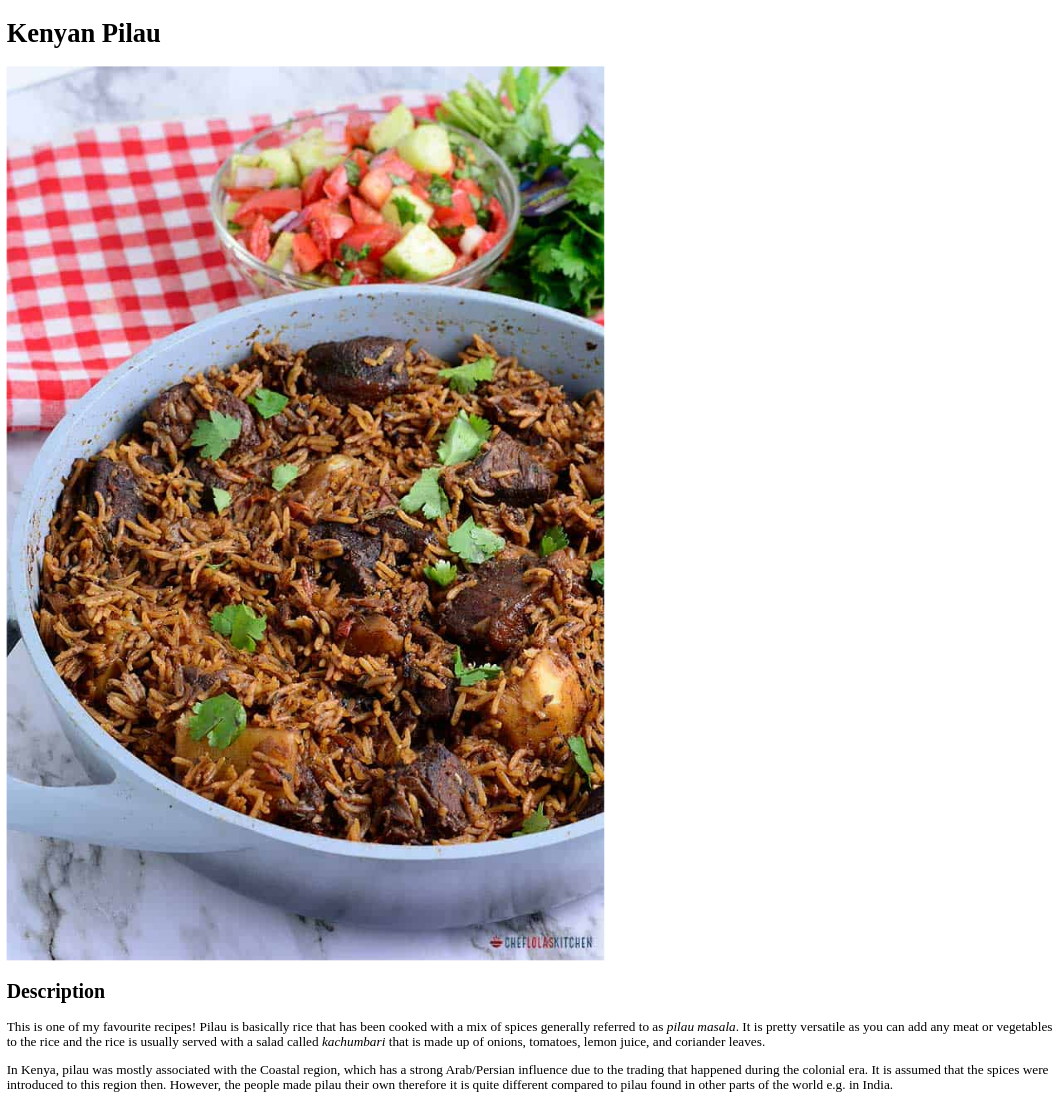
Repository: IanaAmke/odin-recipes
Page: recipes/pilau.html
An editor plug-in stored every save of this project. The page is shown before and after the next save, followed by the edit.
The browser window is 1280 px wide. The pictures show the whole page, at 83% of full size.

Above is the page before, as saved 2022-06-05 18:27:56.

### recipes/pilau.html
<!DOCTYPE html>
<html lang="en-GB">

<head>
    <meta charset="UTF-8">
    <title>Pilau Recipe</title>
</head>

<body>
    <h1>Kenyan Pilau</h1>
    <img src="./img/pilau.jpg" alt="beef pilau rice with potatoes">
    <h2>Description</h2>
    <p>This is one of my favourite recipes! Pilau is basically rice that has been cooked with a mix of spices generally referred to as <i>pilau masala</i>. It is pretty versatile as you can add any meat or vegetables to the rice and the rice is usually served
        with a salad called <i>kachumbari</i> that is made up of onions, tomatoes, lemon juice, and coriander leaves.</p>

    <p>In Kenya, pilau was mostly associated with the Coastal region, which has a strong Arab/Persian influence due to the trading that happened during the colonial era. It is assumed that the spices were introduced to this region then. However, the people
        made pilau their own therefore it is quite different compared to pilau found in other parts of the world e.g. in India.</p>
</body>

</html>

After the next save:
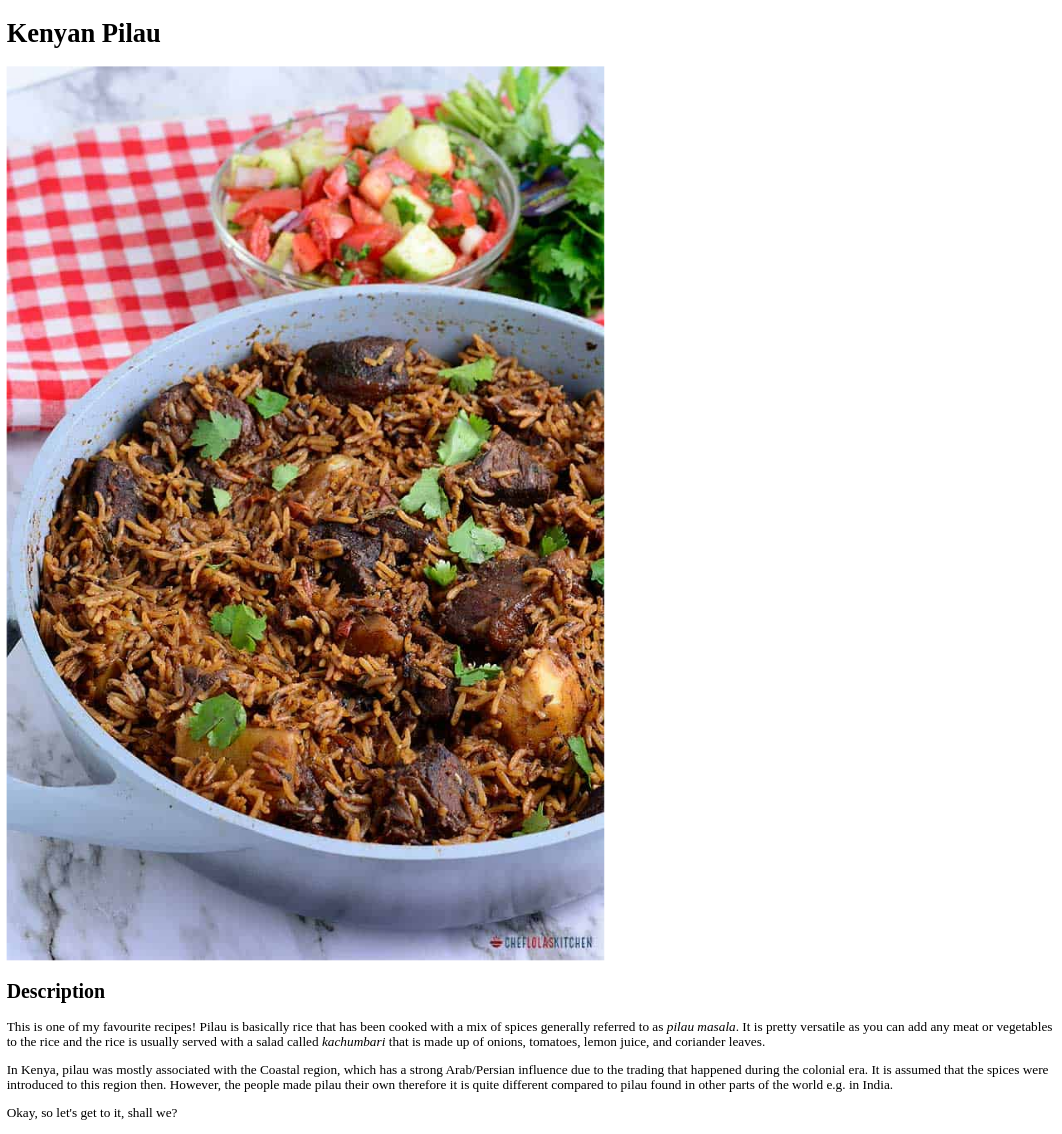
Saved 38 s later.
--- a/recipes/pilau.html
+++ b/recipes/pilau.html
@@ -15,6 +15,8 @@
 
     <p>In Kenya, pilau was mostly associated with the Coastal region, which has a strong Arab/Persian influence due to the trading that happened during the colonial era. It is assumed that the spices were introduced to this region then. However, the people
         made pilau their own therefore it is quite different compared to pilau found in other parts of the world e.g. in India.</p>
+
+    <p>Okay, so let's get to it, shall we?</p>
 </body>
 
 </html>
